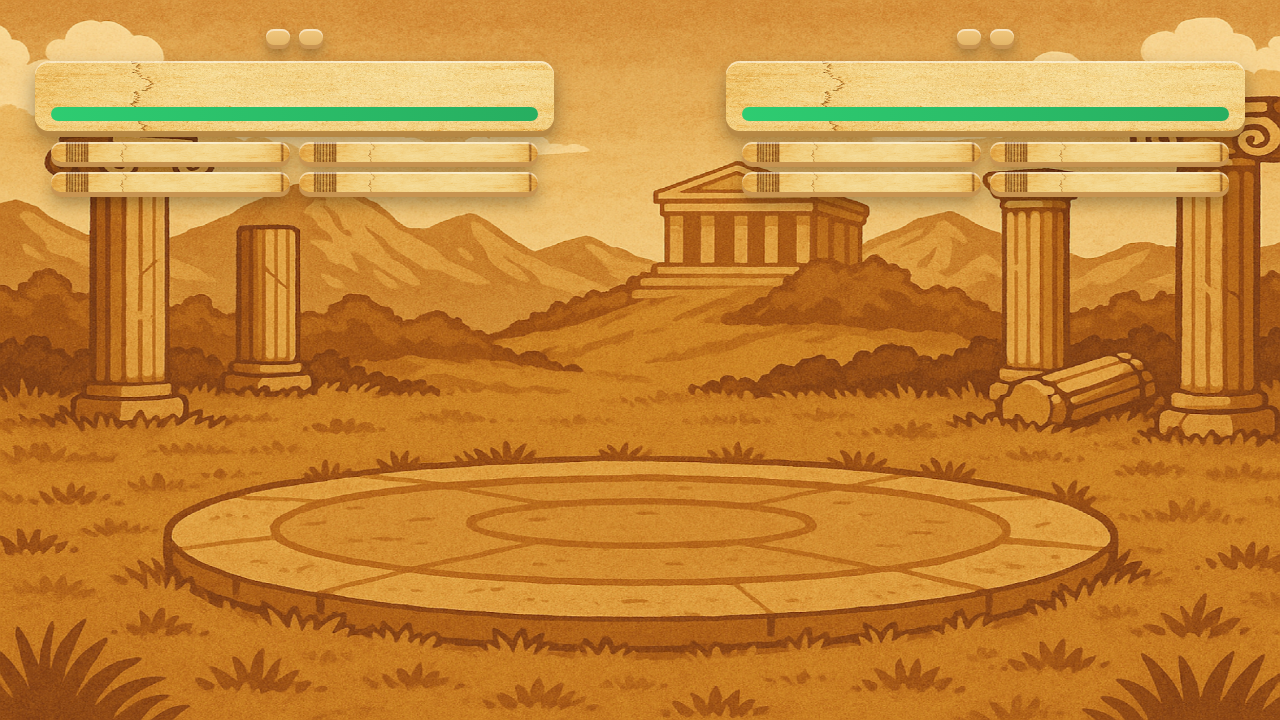
Repository: brianabariteau/Web-1-Final-Project-2025
Page: features/game/game.html
The author's editor kept a copy of each file at every save. The page is drawn from the files as they stood at one save, then again after the next save.
The browser window is 1280 px wide. The pictures show the whole page.
Some web fonts or font styles are not loaded; a fallback is used.

Above is the page before, as saved 2025-12-23 19:04:47.

### features/game/game.html
<!DOCTYPE html>
<html lang="en">
  <head>
    <meta charset="UTF-8" />
    <meta name="viewport" content="width=device-width, initial-scale=1.0" />
    <title>MythoBattle Game</title>
    <link
      rel="icon"
      type="image/x-icon"
      href="../../assets/characters/zeus.png"
    />
    <script type="module" defer src="./game.js"></script>
    <link rel="stylesheet" href="./game.css" />
    <script
      src="https://code.jquery.com/jquery-3.7.1.min.js"
      integrity="sha256-/JqT3SQfawRcv/BIHPThkBvs0OEvtFFmqPF/lYI/Cxo="
      crossorigin="anonymous"
    ></script>
    <link
      href="https://fonts.googleapis.com/css2?family=Jersey+25&display=swap"
      rel="stylesheet"
    />
  </head>
  <body></body>
</html>

### features/game/game.js
"use strict";

import { CHARACTER_MOVES } from "../../constants/character-movesets.js";
let mode = localStorage.getItem("mode");
let player1Character = JSON.parse(localStorage.getItem("player1Character"));
let player2Character = JSON.parse(localStorage.getItem("player2Character"));

console.log(player1Character);
console.log(player2Character);

// * Functions
function updateGameDisplay() {
  if (!player1Character || !player2Character) return;

  // ? Player 1
  const player1 = player1Character.name;
  console.log(player1);

  player1Icon.attr("src", player1Character.imgSrc);

  player1NameText.text(player1);

  player1Move1.text(CHARACTER_MOVES[player1].move1name);
  player1Move2.text(CHARACTER_MOVES[player1].move2name);
  player1Move3.text(CHARACTER_MOVES[player1].move3name);
  player1Move4.text(CHARACTER_MOVES[player1].move4name);

  player1ability1.text(CHARACTER_MOVES[player1].ability1name);
  player1ability2.text(CHARACTER_MOVES[player1].ability2name);

  // ? Player 2
  const player2 = player2Character.name;

  player2Icon.attr("src", player2Character.imgSrc);

  player2NameText.text(player2);

  player2Move1.text(CHARACTER_MOVES[player2].move1name);
  player2Move2.text(CHARACTER_MOVES[player2].move2name);
  player2Move3.text(CHARACTER_MOVES[player2].move3name);
  player2Move4.text(CHARACTER_MOVES[player2].move4name);

  player2ability1.text(CHARACTER_MOVES[player2].ability1name);
  player2ability2.text(CHARACTER_MOVES[player2].ability2name);
}

async function loadCharacters() {
  updateGameDisplay();
}

// * The Background Image
const background = $("<img>")
  .addClass("background")
  .attr("src", "./assets/battle-background.png")
  .attr("alt", "Background");

// * Player 1
// ? Character Icon
const player1Icon = $("<img>").addClass("player1-icon");

// ! Battle Buttons + Progress
const player1battle = $("<div>").addClass("player1-battle");

// ? Name + Healthbar
const player1Name = $("<div>").addClass("player1-name");
const player1NameText = $("<div>").addClass("player1-name-text");
const player1Health = $("<div>").addClass("player1-health");

$(player1Name).append(player1NameText, player1Health);

// ? Movesets
const player1Moves = $("<div>").addClass("player1-moves");
const player1Move1 = $("<button>").addClass("moves");
const player1Move2 = $("<button>").addClass("moves");
const player1Move3 = $("<button>").addClass("moves");
const player1Move4 = $("<button>").addClass("moves");

$(player1Moves).append(player1Move1, player1Move2, player1Move3, player1Move4);

// ? Abilities
const player1Abilities = $("<div>").addClass("player1-abilities");
const player1ability1 = $("<button>").addClass("player1-ability1");
const player1ability2 = $("<button>").addClass("player1-ability2");
$(player1Abilities).append(player1ability1, player1ability2);

$(player1battle).append(player1Abilities, player1Name, player1Moves);

// * Player 2
// ? Character Icon
const player2Icon = $("<img>").addClass("player-2-icon");

// ! Battle Buttons + Progress
const player2battle = $("<div>").addClass("player2-battle");

// ? Name + Healthbar
const player2Name = $("<div>").addClass("player2-name");
const player2NameText = $("<div>").addClass("player2-name-text");
const player2Health = $("<div>").addClass("player2-health");

$(player2Name).append(player2NameText, player2Health);

// ? Movesets
const player2Moves = $("<div>").addClass("player1-moves");
const player2Move1 = $("<button>").addClass("moves");
const player2Move2 = $("<button>").addClass("moves");
const player2Move3 = $("<button>").addClass("moves");
const player2Move4 = $("<button>").addClass("moves");

$(player2Moves).append(player2Move1, player2Move2, player2Move3, player2Move4);

// ? Abilities
const player2Abilities = $("<div>").addClass("player2-abilities");
const player2ability1 = $("<button>").addClass("player2-ability1");
const player2ability2 = $("<button>").addClass("player2-ability2");
$(player2Abilities).append(player2ability1, player2ability2);

$(player2battle).append(player2Abilities, player2Name, player2Moves);

$("body").append(
  background,
  player1Icon,
  player2Icon,
  player1battle,
  player2battle
);

loadCharacters();

### features/game/game.css
/* ───────────── BASE ───────────── */

body {
  margin: 0;
  width: 100vw;
  height: 100vh;
  overflow: hidden;

  font-family: "Jersey 25", sans-serif;

  display: grid;
  grid-template-columns: 1fr 1fr;
  grid-template-rows: auto 1fr auto;
  align-items: center;
  justify-items: center;
}

/* ───────────── BACKGROUND ───────────── */

.background {
  position: fixed;
  inset: 0;
  width: 100%;
  height: 100%;
  z-index: -1;
}

/* ───────────── PLAYER SPRITES ───────────── */

.player1-icon,
.player-2-icon {
  position: absolute;
  bottom: 18%;
  width: 120px;
  image-rendering: pixelated;
}

.player1-icon {
  left: 20%;
}

.player-2-icon {
  right: 20%;
}

/* ───────────── BATTLE PANELS ───────────── */

.player1-battle,
.player2-battle {
  position: absolute;
  top: 4%;
  width: 38%;

  display: grid;
  grid-template-rows: auto auto auto;
  row-gap: 0.7rem;

  align-items: center;
}

.player1-battle {
  left: 4%;
}

.player2-battle {
  right: 4%;
}

/* ───────────── NAME + HEALTH ───────────── */

.player1-name,
.player2-name {
  background: linear-gradient(to bottom, #e8b96b, #ddb16a);
  border-radius: 14px;
  padding: 10px 16px;

  grid-row: 2;
  justify-self: center;
  width: 100%;

  box-shadow: inset 0 2px 0 rgba(255, 255, 255, 0.5), 0 6px 0 #b88945,
    0 10px 20px rgba(0, 0, 0, 0.35);

  color: #6b3f18;
  text-shadow: 1px 1px #f3d8a8;

  font-size: 3rem;
  letter-spacing: 2px;

  background-image: url("../character-selection/assets/parchment-background.png");
  background-size: 150% 150%;
  background-repeat: no-repeat;
  background-position: center;
}

/* Health bar container */
.player1-health,
.player2-health {
  margin-top: 6px;
  height: 14px;
  border-radius: 10px;
  background: #4b2d12;
  overflow: hidden;
}

.player1-name-text,
.player2-name-text {
  display: flex;
  justify-content: center;
  padding: 20px 20px 10px 20px;
}

/* Actual HP fill */
.player1-health::after,
.player2-health::after {
  content: "";
  display: block;
  height: 100%;
  width: 100%; /* change dynamically in JS later */
  background: linear-gradient(to right, #2ecc71, #27ae60);
}

/* ───────────── MOVES GRID ───────────── */

.player1-moves,
.player2-moves {
  display: grid;
  grid-template-columns: 1fr 1fr;
  gap: 0.6rem;

  grid-row: 3;
  width: 100%;
}

/* Ability buttons */
.moves {
  background: linear-gradient(to bottom, #e7b058, #dead68);
  border: none;
  border-radius: 14px;

  font-family: "Jersey 25", sans-serif;
  padding: 10px 14px;
  font-size: 1.5rem;
  letter-spacing: 1px;
  color: #6b3f18;
  text-shadow: 1px 1px #f3d8a8;

  cursor: pointer;

  box-shadow: inset 0 2px 0 rgba(255, 255, 255, 0.5), 0 5px 0 #c89451,
    0 10px 18px rgba(0, 0, 0, 0.35);

  transition: transform 0.12s ease, box-shadow 0.12s ease;

  background-image: url("../character-selection/assets/parchment-background.png");
  background-size: 100% 200%;
  background-repeat: no-repeat;
  background-position: center;
}

.moves:hover {
  filter: brightness(1.05);
  box-shadow: inset 0 2px 0 rgba(255, 255, 255, 0.6), 0 5px 0 #c89451,
    0 0 12px rgba(255, 210, 130, 0.7);
}

.moves:active {
  transform: translateY(4px);
  box-shadow: inset 0 2px 0 rgba(255, 255, 255, 0.4), 0 2px 0 #c89451;
}

/* ───────────── ABILITY BUTTONS ───────────── */

.player1-abilities button,
.player2-abilities button {
  flex: 1;

  background: linear-gradient(to bottom, #f2c980, #e3b567);
  border: none;
  border-radius: 14px;

  padding: 8px 12px;

  font-family: "Jersey 25", sans-serif;
  font-size: 1.05rem;
  letter-spacing: 1px;

  color: #6b3f18;
  text-shadow: 1px 1px #f3d8a8;

  cursor: pointer; /* abilities usually passive */
  white-space: nowrap;

  box-shadow: inset 0 2px 0 rgba(255, 255, 255, 0.5), 0 4px 0 #c89451,
    0 8px 14px rgba(0, 0, 0, 0.35);

  transition: filter 0.15s ease, transform 0.15s ease;
}

/* Optional: subtle emphasis */
.player1-abilities button:hover,
.player2-abilities button:hover {
  filter: brightness(1.05);
}

/* Optional: disabled/passive look */
.player1-abilities button:disabled,
.player2-abilities button:disabled {
  opacity: 0.85;
}

.player1-abilities,
.player2-abilities {
  margin-bottom: 0.3rem;
  grid-row: 1;
  justify-self: center;
  justify-items: center;
  display: flex; /* ← make sure this exists */
  gap: 0.6rem;
}

.player1-ability1,
.player1-ability2,
.player2-ability1,
.player2-ability2 {
  background-image: url("../character-selection/assets/parchment-background.png");
  background-size: 150% 150%;
  background-repeat: no-repeat;
  background-position: center;
}

.player1-ability1:active,
.player1-ability2:active,
.player2-ability1:active,
.player2-ability2:active {
  transform: translateY(4px);
  box-shadow: inset 0 2px 0 rgba(255, 255, 255, 0.4), 0 2px 0 #c89451;
}

/* ───────────── MOBILE ADJUSTMENTS ───────────── */

@media (max-width: 900px) {
  .player1-battle,
  .player2-battle {
    width: 90%;
    left: 5%;
    right: 5%;
  }

  .player1-icon,
  .player-2-icon {
    width: 90px;
    bottom: 10%;
  }

  .player1-icon {
    left: 10%;
  }

  .player-2-icon {
    right: 10%;
  }
}

### constants/character-movesets.js
import { CUSTOM_STATS } from "./characters.js";

export const CHARACTER_MOVES = {
  Zeus: {
    move1name: "Thunderbolt Wrath",
    move2name: "Skybreaker Slam",
    move3name: "Stormcaller Command",
    move4name: "God of Thunder",
    move1effects() {},
    move2effects() {},
    move3effects() {},
    move4effects() {},
    ability1name: "Sky/Lightning",
    ability2name: "King's Wrath",
    ability1effect() {},
    ability2effect() {},
  },
};

### constants/characters.js
export const SPECIFIC_CHARACTERS = [
  "Zeus",
  "Athena",
  "Hestia",
  "Apollo",
  "Artemis",
  "Poseidon",
  "Hades",
  "Demeter",
  "Aphrodite",
  "Hera",
  "Dionysus",
  "Ares",
  "Hephaestus",
  "Persephone",
  "Hermes",
  "Nyx",
  "Hypnos",
  "Thanatos",
  "Morpheus",
  "Asclepius",
];

export const CUSTOM_SPRITES = {
  Zeus: "../../assets/characters/zeus.png",
  Athena: "../../assets/characters/athena.png",
  Hestia: "../../assets/characters/hestia.png",
  Apollo: "../../assets/characters/apollo.png",
  Artemis: "../../assets/characters/artemis.png",
  Poseidon: "../../assets/characters/poseidon.png",
  Hades: "../../assets/characters/hades.png",
  Demeter: "../../assets/characters/demeter.png",
  Aphrodite: "../../assets/characters/aphrodite.png",
  Hera: "../../assets/characters/hera.png",
  Dionysus: "../../assets/characters/dionysus.png",
  Ares: "../../assets/characters/ares.png",
  Hephaestus: "../../assets/characters/hephaestus.png",
  Persephone: "../../assets/characters/persephone.png",
  Hermes: "../../assets/characters/hermes.png",
  Nyx: "../../assets/characters/nyx.png",
  Hypnos: "../../assets/characters/hypnos.png",
  Thanatos: "../../assets/characters/thanatos.png",
  Morpheus: "../../assets/characters/morpheus.png",
  Asclepius: "../../assets/characters/asclepius.png",
};

export const CUSTOM_STATS = {
  Zeus: {
    tier: "Tier 1",
    tierName: "The Big Three",
    hp: 150,
    attack: 110,
    defense: 95,
    speed: 120,
    power: 150,
    resilience: 100,
    stamina: 110,
    domainMastery: "Sky/Lightning",
    masteryDesc: "+25% electric damage",
    specialTrait: "King's Wrath",
    traitDesc: "10% chance to smite enemy for bonus true damage",
  },
  Athena: {
    tier: "Tier 3",
    tierName: "Middle Olympians",
    hp: 140,
    attack: 100,
    defense: 120,
    speed: 105,
    power: 115,
    resilience: 130,
    stamina: 110,
    domainMastery: "Wisdom/Strategy",
    masteryDesc: "Team defense +10%",
    specialTrait: "Perfect Counter",
    traitDesc: "30% chance to auto-block melee attacks",
  },
  Hestia: {
    tier: "Tier 2",
    tierName: "Elder Olympians",
    hp: 140,
    attack: 80,
    defense: 120,
    speed: 85,
    power: 110,
    resilience: 130,
    stamina: 150,
    domainMastery: "Hearth Fire",
    masteryDesc: "Healing + burn damage boosts",
    specialTrait: "Warmth of Home",
    traitDesc: "Grants minor healing each turn to allies",
  },
  Apollo: {
    tier: "Tier 3",
    tierName: "Middle Olympians",
    hp: 130,
    attack: 95,
    defense: 80,
    speed: 125,
    power: 140,
    resilience: 90,
    stamina: 110,
    domainMastery: "Light/Music",
    masteryDesc: "+20% light damage",
    specialTrait: "Prophetic Strike",
    traitDesc: "First attack always crits",
  },
  Artemis: {
    tier: "Tier 3",
    tierName: "Middle Olympians",
    hp: 120,
    attack: 110,
    defense: 85,
    speed: 135,
    power: 105,
    resilience: 95,
    stamina: 115,
    domainMastery: "Moon/Hunt",
    masteryDesc: "+25% crit chance on moving targets",
    specialTrait: "Hunter's Mark",
    traitDesc: "First hit on any enemy does bonus damage",
  },
  Poseidon: {
    tier: "Tier 1",
    tierName: "The Big Three",
    hp: 160,
    attack: 115,
    defense: 110,
    speed: 100,
    power: 140,
    resilience: 120,
    stamina: 115,
    domainMastery: "Sea",
    masteryDesc: "+20% water damage, +30% damage when fighting near water",
    specialTrait: "Tidal Fury",
    traitDesc: "Consecutive attacks increase in damage",
  },
  Hades: {
    tier: "Tier 1",
    tierName: "The Big Three",
    hp: 170,
    attack: 95,
    defense: 140,
    speed: 80,
    power: 130,
    resilience: 150,
    stamina: 90,
    domainMastery: "Underworld",
    masteryDesc: "+30% damage vs undead/fear/sleep",
    specialTrait: "Soul Drain",
    traitDesc: "Steals HP on hit (5% of damage dealt)",
  },
  Demeter: {
    tier: "Tier 2",
    tierName: "Elder Olympians",
    hp: 145,
    attack: 85,
    defense: 115,
    speed: 80,
    power: 125,
    resilience: 110,
    stamina: 130,
    domainMastery: "Harvest",
    masteryDesc: "+20% regeneration, +25% poison resistance",
    specialTrait: "Fallow Curse",
    traitDesc: "Can reduce enemy Attack temporarily",
  },
  Aphrodite: {
    tier: "Tier 4",
    tierName: "Younger Olympians",
    hp: 120,
    attack: 70,
    defense: 80,
    speed: 110,
    power: 115,
    resilience: 85,
    stamina: 100,
    domainMastery: "Charm",
    masteryDesc: "25% chance enemies skip turn",
    specialTrait: "Irresistible Aura",
    traitDesc: "First strike against her does half damage",
  },
  Hera: {
    tier: "Tier 2",
    tierName: "Elder Olympians",
    hp: 150,
    attack: 90,
    defense: 120,
    speed: 90,
    power: 125,
    resilience: 120,
    stamina: 120,
    domainMastery: "Queenship",
    masteryDesc: "Team buffs stronger by 20%",
    specialTrait: "Divine Authority",
    traitDesc: "Immune to charm and can reflect debuffs",
  },
  Dionysus: {
    tier: "Tier 4",
    tierName: "Younger Olympians",
    hp: 130,
    attack: 85,
    defense: 85,
    speed: 95,
    power: 120,
    resilience: 90,
    stamina: 130,
    domainMastery: "Madness",
    masteryDesc: "Debuffs 20% stronger",
    specialTrait: "Ecstatic Frenzy",
    traitDesc: "Random buffs each turn",
  },
  Ares: {
    tier: "Tier 3",
    tierName: "Middle Olympians",
    hp: 150,
    attack: 145,
    defense: 100,
    speed: 110,
    power: 95,
    resilience: 100,
    stamina: 120,
    domainMastery: "War",
    masteryDesc: "+15% damage per hit taken",
    specialTrait: "Bloodlust",
    traitDesc: "Attack increases each time he deals damage",
  },
  Hephaestus: {
    tier: "Tier 4",
    tierName: "Younger Olympians",
    hp: 140,
    attack: 130,
    defense: 135,
    speed: 65,
    power: 115,
    resilience: 110,
    stamina: 100,
    domainMastery: "Forge",
    masteryDesc: "+20% damage with crafted weapons",
    specialTrait: "Molten Skin",
    traitDesc: "Reduces fire damage to 0",
  },
  Persephone: {
    tier: "Tier 5",
    tierName: "Minor Gods",
    hp: 125,
    attack: 75,
    defense: 90,
    speed: 95,
    power: 110,
    resilience: 100,
    stamina: 120,
    domainMastery: "Spring/Underworld",
    masteryDesc: "Alternating form bonuses",
    specialTrait: "Dual Aspect",
    traitDesc: "Stats change each season (Spring boost/Underworld boost)",
  },
  Hermes: {
    tier: "Tier 4",
    tierName: "Younger Olympians",
    hp: 115,
    attack: 90,
    defense: 75,
    speed: 160,
    power: 100,
    resilience: 80,
    stamina: 140,
    domainMastery: "Speed/Trickery",
    masteryDesc: "+20% dodge",
    specialTrait: "Swift Step",
    traitDesc: "Gains an extra small action each turn",
  },
  Nyx: {
    tier: "Tier 0",
    tierName: "Primordial",
    hp: 170,
    attack: 100,
    defense: 120,
    speed: 110,
    power: 160,
    resilience: 140,
    stamina: 120,
    domainMastery: "Night/Void",
    masteryDesc: "+30% shadow damage, +20% evasion in darkness",
    specialTrait: "Primordial Aura",
    traitDesc: "Debuffs have double duration; immune to Sleep and Fear",
  },
  Hypnos: {
    tier: "Tier 5",
    tierName: "Minor Gods",
    hp: 110,
    attack: 60,
    defense: 75,
    speed: 70,
    power: 120,
    resilience: 95,
    stamina: 130,
    domainMastery: "Sleep",
    masteryDesc: "+30% chance to inflict sleep",
    specialTrait: "Dream Veil",
    traitDesc: "20% damage reduction from melee",
  },
  Thanatos: {
    tier: "Tier 5",
    tierName: "Minor Gods",
    hp: 115,
    attack: 90,
    defense: 85,
    speed: 120,
    power: 100,
    resilience: 110,
    stamina: 100,
    domainMastery: "Death",
    masteryDesc: "Kills low-HP enemies instantly",
    specialTrait: "Reaper's Touch",
    traitDesc: "Critical hits do double true damage",
  },
  Morpheus: {
    tier: "Tier 5",
    tierName: "Minor Gods",
    hp: 105,
    attack: 70,
    defense: 80,
    speed: 100,
    power: 125,
    resilience: 85,
    stamina: 110,
    domainMastery: "Dreams",
    masteryDesc: "Illusions reduce enemy accuracy",
    specialTrait: "Shifting Form",
    traitDesc: "15% chance to avoid attacks entirely",
  },
  Asclepius: {
    tier: "Tier 5",
    tierName: "Minor Gods",
    hp: 120,
    attack: 50,
    defense: 85,
    speed: 90,
    power: 135,
    resilience: 110,
    stamina: 150,
    domainMastery: "Healing",
    masteryDesc: "+30% healing power",
    specialTrait: "Miracle Touch",
    traitDesc: "Once per battle revive ally to 30% HP",
  },
};

After the next save:
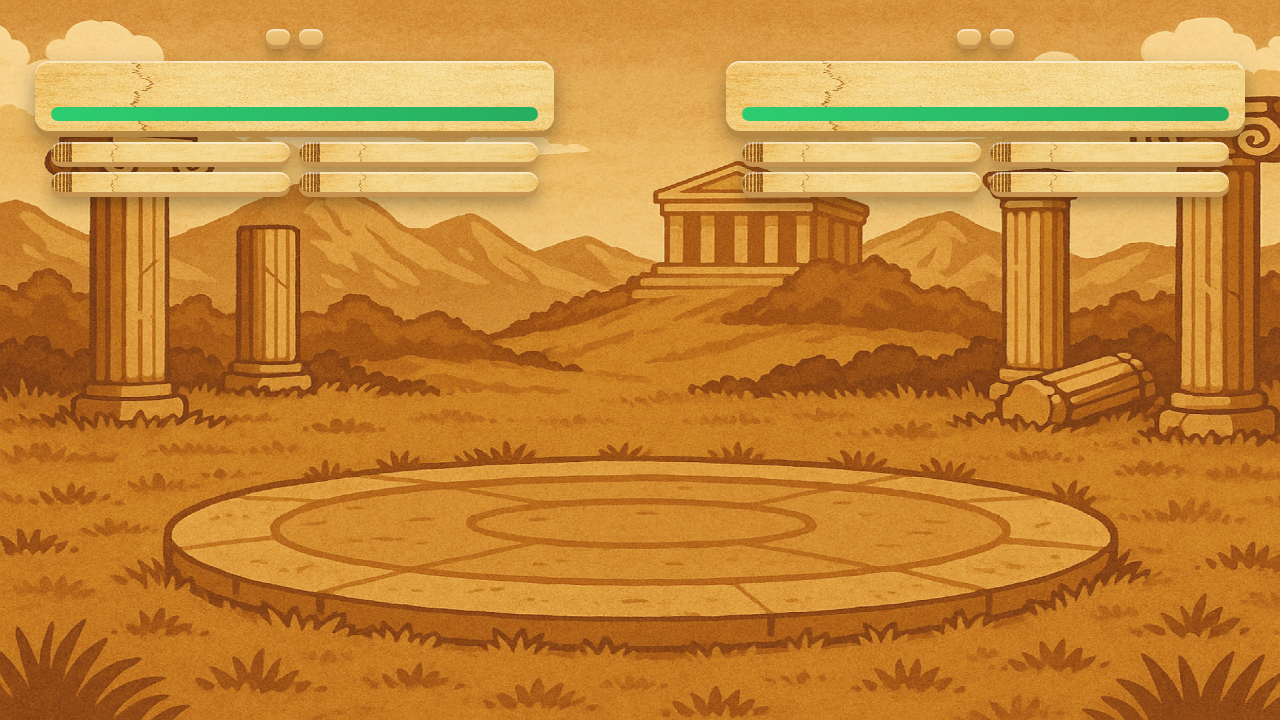
Saved 12 s later.
--- a/features/game/game.css
+++ b/features/game/game.css
@@ -153,7 +153,7 @@ body {
   transition: transform 0.12s ease, box-shadow 0.12s ease;
 
   background-image: url("../character-selection/assets/parchment-background.png");
-  background-size: 100% 200%;
+  background-size: 120% 200%;
   background-repeat: no-repeat;
   background-position: center;
 }
